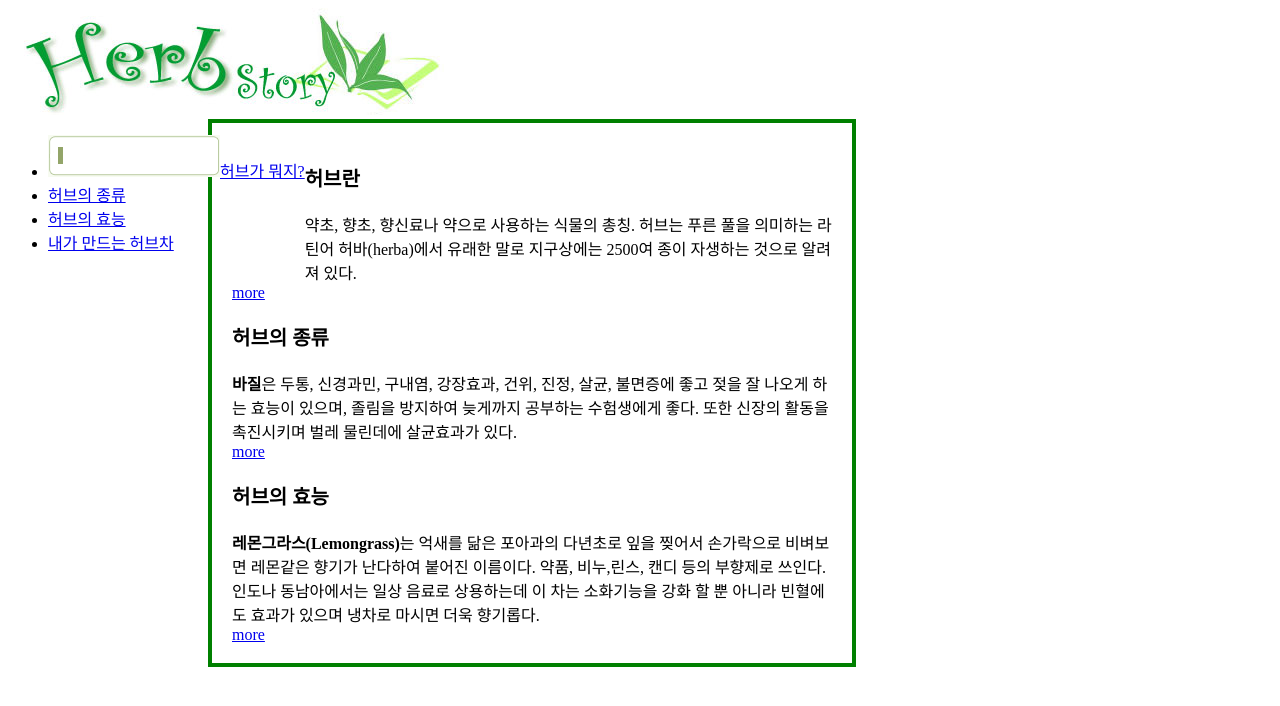
Repository: RyuJelly/java_web
Page: CSS/WebContent/exam2/menu2.htm
These files come from the project's save history. The page is drawn as it stood at one moment and after the next save; the edit follows.
The browser window is 1280 px wide. The pictures show the whole page.

Above is the page before, as saved 2021-03-08 03:20:27.

After the next save:
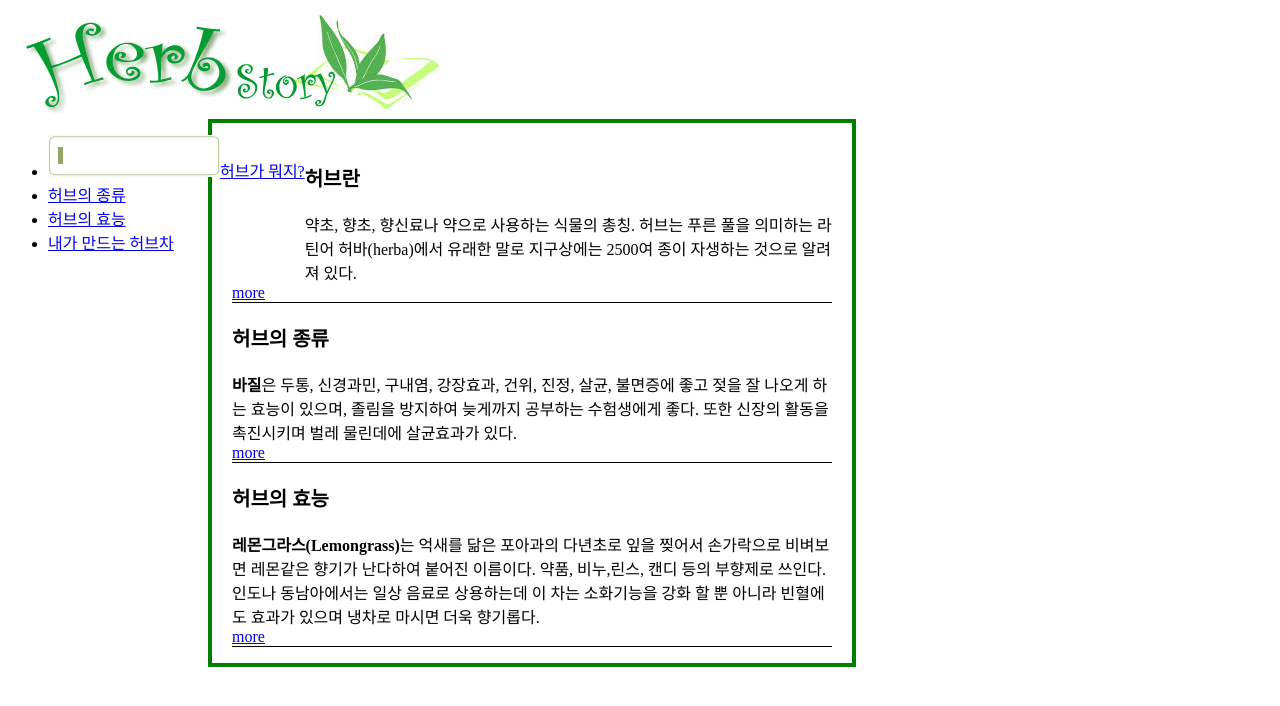
Saved 64 s later.
--- a/CSS/WebContent/exam2/menu2.htm
+++ b/CSS/WebContent/exam2/menu2.htm
@@ -25,6 +25,9 @@
 	strong{
 		font-weight: bold;
 	}
+	p{
+		border-bottom: 1px solid black;
+	}
 
 </style>
 </head>
